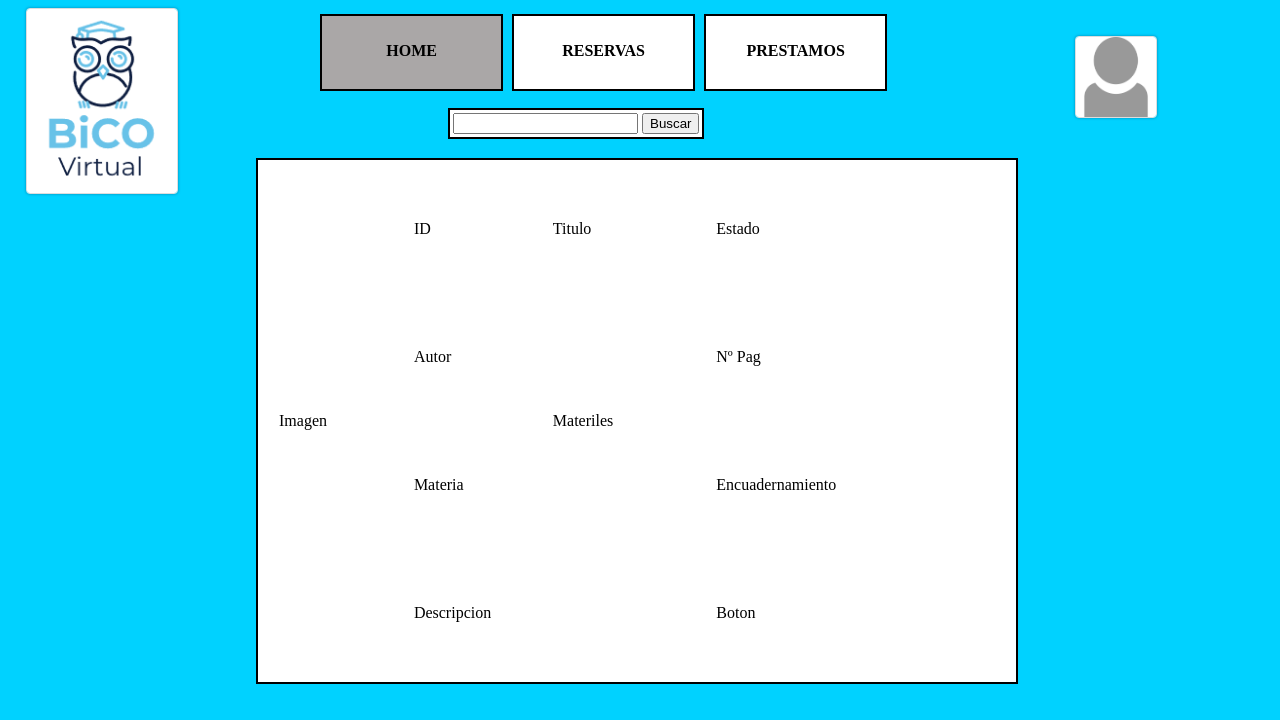
Repository: i72frpeu/IW_Bien
Page: http://localhost/Trabajo_IW/Vistas/Libro.jsp
The author's editor kept a copy of each file at every save. The page is drawn from the files as they stood at one save, then again after the next save.
The browser window is 1280 px wide. The pictures show the whole page.
The page is served by Tomcat 9.

Above is the page before, as saved 2020-05-16 18:06:44.

After the next save:
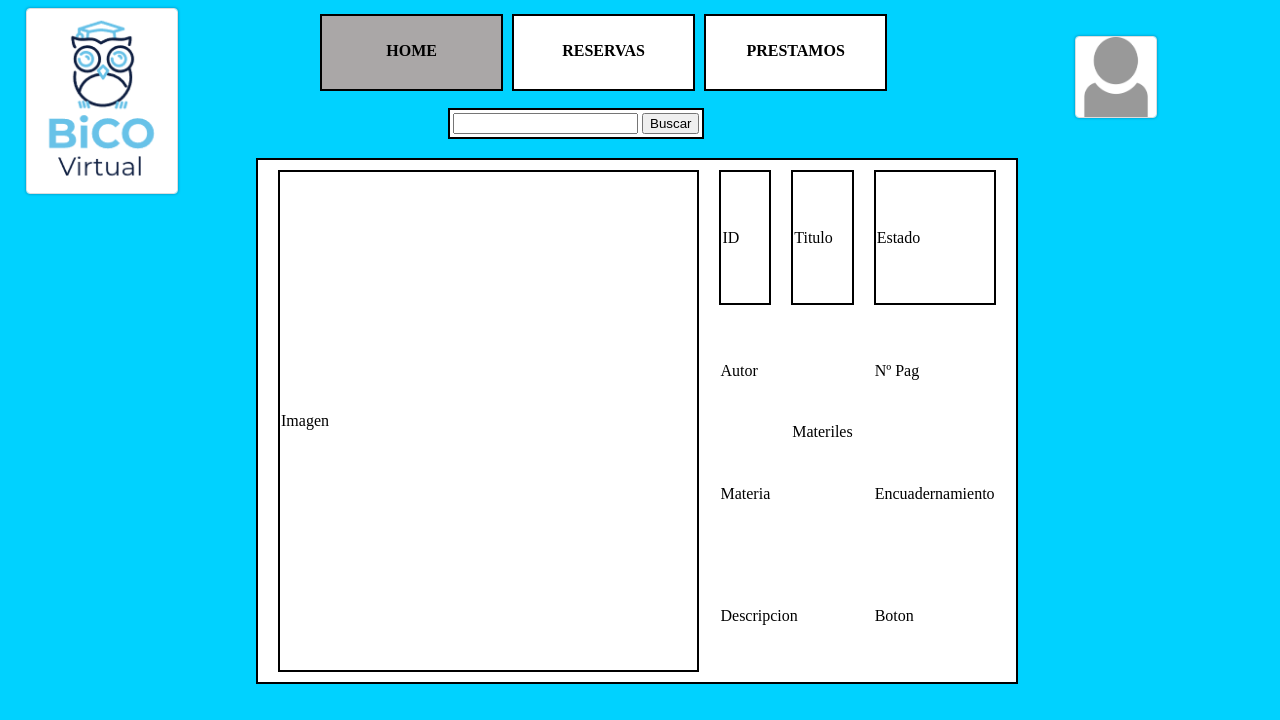
Saved 39 s later.
--- a/WorkSpace/Trabajo IW/WebContent/Vistas/Libro.jsp
+++ b/WorkSpace/Trabajo IW/WebContent/Vistas/Libro.jsp
@@ -29,7 +29,7 @@
   <div class="div_home">
 	<table class = "tablalibro">
 		<tr>
-			<td rowspan = 4> Imagen </td> <td> ID </td> <td> Titulo </td> <td> Estado </td>
+			<td class = "tdlibro" rowspan = 4> Imagen </td> <td class = "tdlibro"> ID </td> <td class = "tdlibro"> Titulo </td> <td class = "tdlibro"> Estado </td>
 		</tr>
 		<tr>
 			<td> Autor </td> <td rowspan = 2> Materiles </td> <td> Nº Pag </td>
